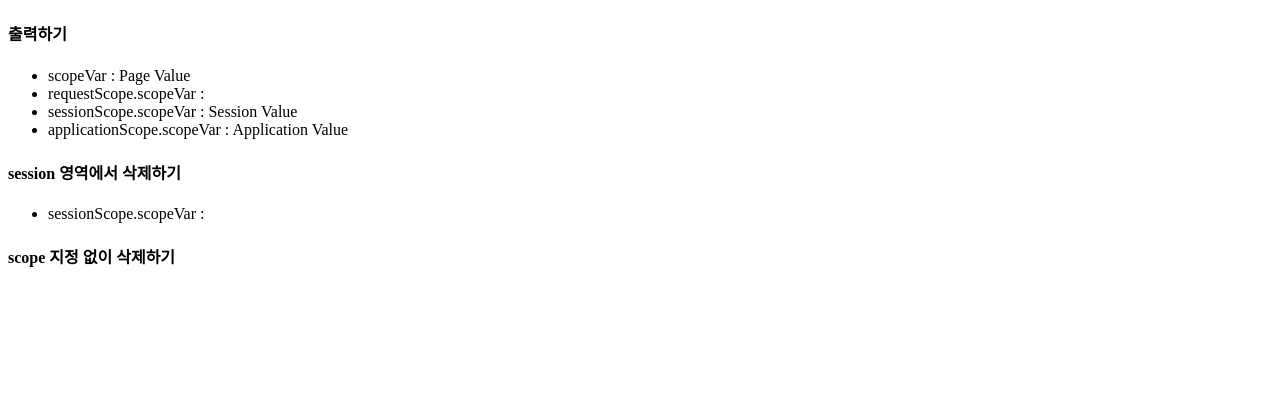
Repository: Park-Dongheon/Servlet-JSP_Training
Page: http://localhost/MustHaveJSP/11JSTL/core/Remove.jsp
An editor plug-in stored every save of this project. The page is shown before and after the next save, followed by the edit.
The browser window is 1280 px wide. The pictures show the whole page.
The page is served by Tomcat 10. Other server files are loaded and not shown. The template is opened directly, without the code that normally fills it, so the values that code supplies are empty.

Above is the page before, as saved 2024-06-24 07:11:14.

### MustHaveJSP/src/main/webapp/11JSTL/core/Remove.jsp
<%@ page language="java" contentType="text/html; charset=UTF-8"
    pageEncoding="UTF-8"%>
<%@ taglib prefix="c" uri="jakarta.tags.core" %>
<!-- 변수 선언 -->
<c:set var="scopeVar" value="Page Value" />
<c:set var="scopeVar" value="Request Value" scope="request" />
<c:set var="scopeVar" value="Session Value" scope="session"/>
<c:set var="scopeVar" value="Application Value" scope="application" />
<!DOCTYPE html>
<html>
<head>
<meta charset="UTF-8">
<title>JSTL - remove</title>
</head>
<body>
	<h4>출력하기</h4>
	<ul>
		<li>scopeVar : ${ scopeVar }</li>
		<li>requestScope.scopeVar : ${ requestScope.scopeVarr }</li>
		<li>sessionScope.scopeVar : ${ sessionScope.scopeVar }</li>
		<li>applicationScope.scopeVar : ${ applicationScope.scopeVar }</li>
	</ul>

	<h4>session 영역에서 삭제하기</h4>
	<c:remove var="scopeVar" scope="session" />
	<ul>
		<li>sessionScope.scopeVar : ${ sessionScope.scopeVar }</li>
	</ul>

	<h4>scope 지정 없이 삭제하기</h4>
	<c:remove var="scopeVar" />
</body>
</html>

After the next save:
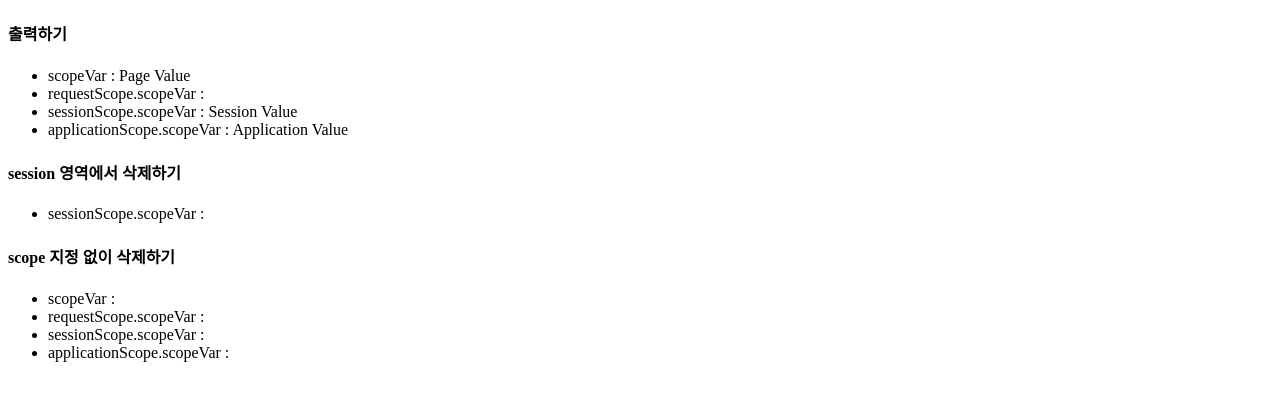
Saved 11 s later.
--- a/MustHaveJSP/src/main/webapp/11JSTL/core/Remove.jsp
+++ b/MustHaveJSP/src/main/webapp/11JSTL/core/Remove.jsp
@@ -29,5 +29,11 @@
 
 	<h4>scope 지정 없이 삭제하기</h4>
 	<c:remove var="scopeVar" />
+	<ul>
+		<li>scopeVar : ${ scopeVar }</li>
+		<li>requestScope.scopeVar : ${ requestScope.scopeVarr }</li>
+		<li>sessionScope.scopeVar : ${ sessionScope.scopeVar }</li>
+		<li>applicationScope.scopeVar : ${ applicationScope.scopeVar }</li>
+	</ul>
 </body>
 </html>
